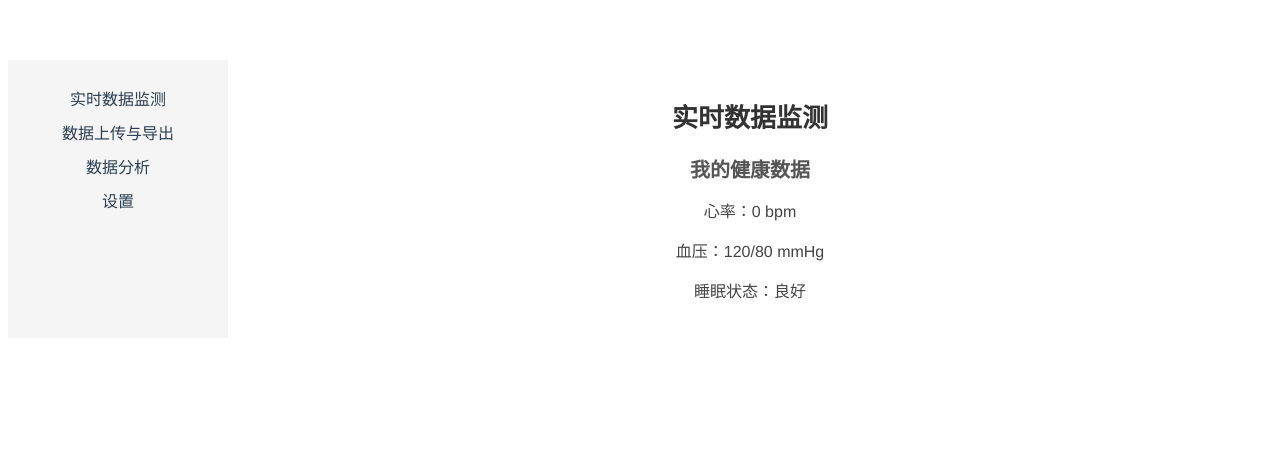
Repository: hyperion0831/The-management-of-IoT-data-sharing-based-on-blockchain
Page: / (app in Dz/frontend/)
An editor plug-in stored every save of this project. The page is shown before and after the next save, followed by the edit.
The browser window is 1280 px wide. The pictures show the whole page.
The project was rebuilt for these pictures with package versions that can differ from the ones it lists, and the page was loaded fresh each time. Also part of the build but not shown: Dz/frontend/vue.config.js, Dz/frontend/src/components/dashboard/DataUploadAndExport.vue, Dz/frontend/src/components/dashboard/DataAnalysis.vue, Dz/frontend/src/components/dashboard/AppSettings.vue.

Above is the page before, as saved 2024-11-03 20:51:01.

### Dz/frontend/src/main.js
import { createApp } from 'vue';
import App from './App.vue';
import router from './router';
import ElementPlus from 'element-plus';
import 'element-plus/dist/index.css';

const app = createApp(App);

app.use(router)
app.use(ElementPlus)
app.mount('#app');

### Dz/frontend/src/App.vue
<template>
  <div id="app">
    <router-view></router-view>
  </div>
</template>

<script>
export default {
  name: 'App'
};
</script>

<style>
#app {
  font-family: Avenir, Helvetica, Arial, sans-serif;
  -webkit-font-smoothing: antialiased;
  -moz-osx-font-smoothing: grayscale;
  text-align: center;
  color: #2c3e50;
  margin-top: 60px;
}
</style>

### Dz/frontend/src/router/index.js
import { createRouter, createWebHistory } from 'vue-router';
import DataDashBoard from '../components/DataDashBoard.vue'; // 导入仪表盘组件

const routes = [
  {
    path: '/',
    name: 'DataDashBoard',
    component: DataDashBoard
  },
];

const router = createRouter({
  history: createWebHistory(),
  routes
});

export default router;

### Dz/frontend/src/components/DataDashBoard.vue
<template>
  <div class="datadashboard">
    <!-- 左侧导航栏 -->
    <div class="sidebar">
      <ul>
        <li @click="selectModule('RealTimeMonitoring')">实时数据监测</li>
        <li @click="selectModule('DataUploadAndExport')">数据上传与导出</li>
        <li @click="selectModule('DataAnalysis')">数据分析</li>
        <li @click="selectModule('AppSettings')">设置</li>
      </ul>
    </div>

    <!-- 主内容区域 -->
    <div class="content">

      <keep-alive>
        <component
          :is="activeModuleComponent"
          v-bind="getModuleProps(activeModule)"
          @switchToCheckList="selectModule('RealTimeMonitoring')"
        />
      </keep-alive>
    </div>
  </div>
</template>

<script>

import DataUploadAndExport from './dashboard/DataUploadAndExport.vue';
import RealTimeMonitoring from './dashboard/RealTimeMonitoring.vue';
import DataAnalysis from './dashboard/DataAnalysis.vue';
import AppSettings from './dashboard/AppSettings.vue';


export default {
  name: 'DataDashBoard',
  components: {
    RealTimeMonitoring,
    DataUploadAndExport,
    DataAnalysis,
    AppSettings,
  },
  data() {
    return {
      activeModule: 'RealTimeMonitoring', // 设置初始模块
      publishedItems: [], // 用于存储数据内容
      userInfo: null, // 保存用户信息
    };
  },
  created() {
    const storedUserInfo = localStorage.getItem('userInfo');
    if (storedUserInfo) {
      const userInfo = JSON.parse(storedUserInfo);
      this.userRole = userInfo.identity;
      this.userName = userInfo.name;
      this.doctorId = userInfo.doctorId;
    }
  },
  computed: {
    activeModuleComponent() {
      // 根据 activeModule 动态返回组件名称
      const componentMap = {
        RealTimeMonitoring: 'RealTimeMonitoring',
        DataUploadAndExport: 'DataUploadAndExport',
        DataAnalysis: 'DataAnalysis',
        AppSettings: 'AppSettings',
      };
      return componentMap[this.activeModule] || 'div';
    },
  },
  methods: {
    selectModule(module) {
      this.activeModule = module;
    },
    getModuleProps(module) {
      // 动态传递组件属性
      if (module === 'RealTimeMonitoring') {
        return { items: this.publishedItems };
      }
      return {};
    },
    handleDataSubmit(dataContent) {
      if (dataContent) {
        this.publishedItems.push(dataContent); // 将数据内容添加到列表中
        this.activeModule = 'RealTimeMonitoring'; // 切换到实时数据监测模块显示
      }
    },
  }
};
</script>

<style scoped>
.datadashboard {
  display: flex;
}
.sidebar {
  width: 200px;
  padding: 10px;
  background-color: #f5f5f5;
}
.content {
  flex: 1;
  padding: 20px;
}
ul {
  list-style: none;
  padding: 0;
}
li {
  margin: 10px 0;
  cursor: pointer;
}
li:hover {
  font-weight: bold;
}
.login-button {
  margin-top: 20px; /* 添加一些间距 */
  padding: 10px;
  background-color: #007bff;
  color: #fff;
  border: none;
  cursor: pointer;
}
.login-button:hover {
  background-color: #0056b3; /* 鼠标悬停效果 */
}
</style>

### Dz/frontend/src/components/dashboard/RealTimeMonitoring.vue
<template>
  <div>
    <h1>实时数据监测</h1>
    <div v-if="isDoctor">
      <h2>病人列表</h2>
      <ul v-if="patients && patients.length">
        <!-- <li v-for="patient in patientList" :key="patient.number">
          {{ patient.number }} - {{ patient.name }} - {{ patient.data }}
        </li> -->
        <label>查看病人</label>
        <select v-model="loadPatients">
          <option v-for="patient in patients" :key="patient.id" :value="patient">
            {{ patient.name }}
          </option>
        </select>
      </ul>
      <p v-else>没有找到病人数据。</p>
      <label>刷新频率：</label>
      <select v-model="refreshRate">
        <option value="5">5秒</option>
        <option value="10">10秒</option>
        <option value="30">30秒</option>
      </select>
    </div>
    <div v-else>
      <h2>我的健康数据</h2>
      <p>心率：{{ userHealthData.heartRate }} bpm</p>
      <p>血压：{{ userHealthData.bloodPressure }} mmHg</p>
      <p>睡眠状态：{{ userHealthData.sleepStatus }}</p>

    </div>
  </div>
</template>

<script>
export default {
  data() {
    return {
      isDoctor: false,
      patients: [],
      userHealthData: {
        heartRate: 0,
        bloodPressure: "120/80",
        sleepStatus: "良好",
      },
      fetchInterval: null,
    };
  },

  created() {

    this.loadPatients();
    // 从 sessionStorage 中获取用户身份
    this.checkIsDoctor();
    // 根据身份获取相应数据
    this.fetchData();
    // 启动定时获取实时数据
    this.startFetching();
  },
  beforeUnmount() {
    clearInterval(this.fetchInterval);
  },
  methods: {
    loadPatients() {
      // 遍历 localStorage 中的所有键
      for (let i = 0; i < localStorage.length; i++) {
        const key = localStorage.key(i);

        // 检查键是否以 'user-' 开头
        if (key.startsWith('user-')) {
          this.patients.push({
            name: key.split('-')[1],  // 从键中提取病人名字
          });
        }
      }
    },
    async fetchData() {
      try {
        if (this.isDoctor) {
          // 调用 API 获取病人数据
          console.log('调用 API 获取病人数据');
          //const response = await fetch('/api/patients'); // 假设 API 返回病人数据
          //this.patients = await response.json();
        } else {
          console.log('调用 API 获取用户自己的健康数据');
          // 调用 API 获取用户自己的健康数据
          //const userName = sessionStorage.getItem('userName').split('-')[1];
          //const response = await fetch(`/api/users/${userName}/healthData`);
          //this.userHealthData = await response.json();
        }
      } catch (error) {
        console.error("获取数据失败:", error);
      }
    },
    checkIsDoctor() {
      // 从 sessionStorage 获取 userName 并检查第一部分是否为 'doctor'
      const userName = sessionStorage.getItem('userName');
      if (userName) {
        this.isDoctor = userName.split('-')[0] === 'doctor';
        console.log("是否为医生:", this.isDoctor); // 输出结果
      }
    },
    startFetching() {
      console.log('每隔5分钟获取一次数据');
      // 每隔5分钟获取一次数据
      /*
      this.fetchInterval = setInterval(() => {
        this.fetchData();
      }, 5 * 60 * 1000); // 5分钟
      */
    },
  },
};
</script>

<style scoped>
h1 {
  font-size: 26px;
  color: #333;
  text-align: center;
  margin-bottom: 20px;
}

h2 {
  font-size: 20px;
  color: #555;
  margin-bottom: 15px;
}

.doctor-section, .user-section {
  background-color: #f9f9f9;
  padding: 20px;
  border-radius: 8px;
  box-shadow: 0 4px 8px rgba(0, 0, 0, 0.1);
  max-width: 600px;
  margin: 0 auto;
}

label {
  font-size: 16px;
  color: #666;
  margin-right: 10px;
}

select {
  padding: 8px;
  border: 1px solid #ccc;
  border-radius: 4px;
  font-size: 16px;
}

ul {
  list-style-type: none;
  padding: 0;
  margin: 0;
}

li {
  padding: 10px;
  background-color: #fff;
  border: 1px solid #ddd;
  border-radius: 4px;
  margin-bottom: 10px;
}

p {
  font-size: 16px;
  color: #444;
  margin-top: 10px;
}

/* 特定样式，控制布局 */
.refresh-rate, .patient-select {
  display: flex;
  align-items: center;
  margin-top: 15px;
  gap: 10px;
}

.patient-select label, .refresh-rate label {
  font-size: 16px;
  color: #333;
}

.user-health-data p {
  margin: 8px 0;
  font-size: 16px;
  color: #444;
}
</style>

Loaded but not shown: Dz/frontend/public/index.html (common file)

After the next save:
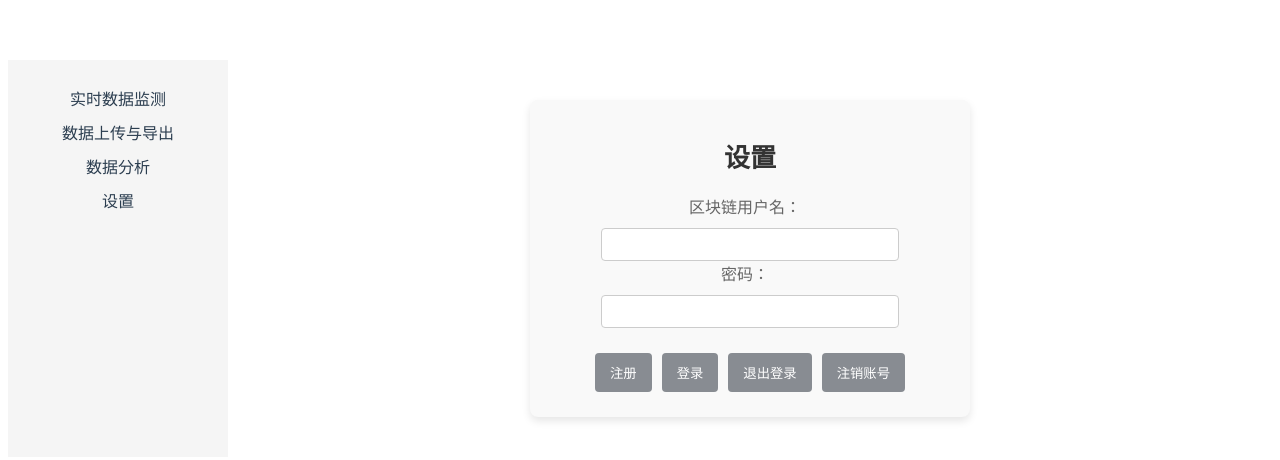
Saved 90 s later.
--- a/Dz/frontend/src/components/dashboard/RealTimeMonitoring.vue
+++ b/Dz/frontend/src/components/dashboard/RealTimeMonitoring.vue
@@ -1,36 +1,105 @@
 <template>
-  <div>
-    <h1>实时数据监测</h1>
-    <div v-if="isDoctor">
-      <h2>病人列表</h2>
-      <ul v-if="patients && patients.length">
-        <!-- <li v-for="patient in patientList" :key="patient.number">
-          {{ patient.number }} - {{ patient.name }} - {{ patient.data }}
-        </li> -->
-        <label>查看病人</label>
-        <select v-model="loadPatients">
-          <option v-for="patient in patients" :key="patient.id" :value="patient">
-            {{ patient.name }}
-          </option>
-        </select>
-      </ul>
-      <p v-else>没有找到病人数据。</p>
-      <label>刷新频率：</label>
-      <select v-model="refreshRate">
-        <option value="5">5秒</option>
-        <option value="10">10秒</option>
-        <option value="30">30秒</option>
+  <div class="settings">
+    <h1>设置</h1>
+    <div class="blockchain-info">
+      <label>区块链用户名：</label>
+      <input type="text" v-model="displayPublicKey" readonly />
+      <label>密码：</label>
+      <input type="text" v-model="displayPrivateKey" readonly />
+    </div>
+    <div v-if="isLoggedIn" class="user-info">
+      <span>身份：{{ identity === 'doctor' ? '医生' : '普通用户' }}</span>
+      <span>姓名：{{ name }}</span>
+    </div>
+    <div class="buttons">
+      <button @click="toggleView('register')">注册</button>
+      <button @click="toggleView('login')">登录</button>
+      <button @click="logout">退出登录</button>
+      <button @click="clearRegistration">注销账号</button>
+    </div>
+    <div v-if="currentView === 'register' && !isLoggedIn">
+      <h2>注册</h2>
+      <label>选择身份：</label>
+      <select v-model="identity">
+        <option value="doctor">医生</option>
+        <option value="user">普通用户</option>
       </select>
-    </div>
-    <div v-else>
-      <h2>我的健康数据</h2>
-      <p>心率：{{ userHealthData.heartRate }} bpm</p>
-      <p>血压：{{ userHealthData.bloodPressure }} mmHg</p>
-      <p>睡眠状态：{{ userHealthData.sleepStatus }}</p>
-
+      <div v-if="identity === 'doctor'">
+        <label>姓名：</label>
+        <input type="text" v-model="name" placeholder="请输入姓名" />
+        <label>工号：</label>
+        <input type="text" v-model="doctorId" placeholder="请输入工号" />
+      </div>
+      <div v-else>
+        <label>姓名：</label>
+        <input type="text" v-model="name" placeholder="请输入姓名" />
+      </div>
+      <button @click="generateAndSaveKeyPair">生成密钥对</button>
+      <p v-if="keyGenerated">密钥对已生成并保存到文件中。</p>
+    </div>
+    <div v-else-if="currentView === 'login' && !isLoggedIn">
+      <input type="file" @change="handleFileUpload" />
     </div>
   </div>
 </template>
+
+<style scoped>
+.settings {
+  max-width: 400px;
+  margin: 20px auto;
+  padding: 20px;
+  background-color: #f9f9f9;
+  border-radius: 8px;
+  box-shadow: 0 4px 8px rgba(0, 0, 0, 0.1);
+  text-align: center;
+}
+
+h1 {
+  font-size: 26px;
+  color: #333;
+  margin-bottom: 20px;
+}
+
+.blockchain-info, .user-info {
+  display: flex;
+  flex-direction: column;
+  align-items: center;
+  margin-bottom: 20px;
+}
+
+.blockchain-info label, .user-info span, .register label, .register select, .register input {
+  margin-bottom: 10px;
+}
+
+input[type="text"], select {
+  padding: 8px;
+  width: 100%;
+  max-width: 280px;
+  border: 1px solid #ccc;
+  border-radius: 4px;
+}
+
+.buttons button {
+  margin: 5px;
+  padding: 10px 15px;
+  background-color: #888c92;
+  color: #fff;
+  border: none;
+  border-radius: 4px;
+  cursor: pointer;
+  transition: background-color 0.3s;
+}
+
+.buttons button:hover {
+  background-color: #acababcc;
+}
+
+h2 {
+  font-size: 20px;
+  color: #555;
+  margin-top: 20px;
+}
+</style>
 
 <script>
 export default {
